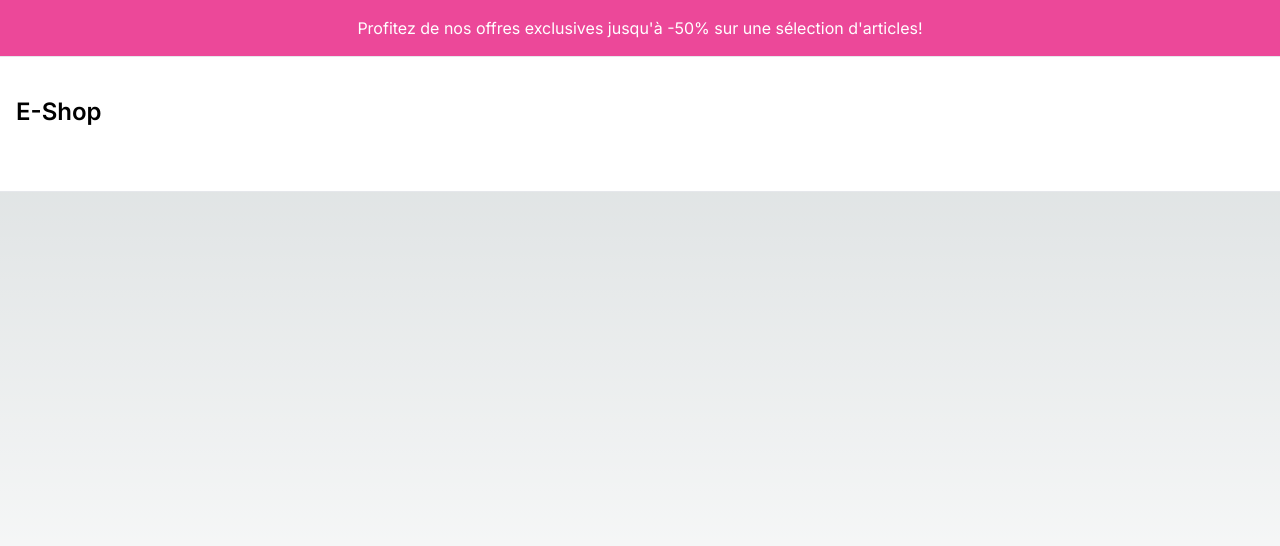
Repository: SDlevelUp/e-shop
Page: /
These files come from the project's save history. The page is drawn as it stood at one moment and after a run of saves; the edit follows.
The browser window is 1280 px wide. The pictures show the whole page.
The project was rebuilt for these pictures with package versions that can differ from the ones it lists, and the page was loaded fresh each time. The framework's server and built-in components were replaced by stand-ins that run in the browser. Also part of the build but not shown: next.config.js.

Above is the page before, as saved 2023-08-29 09:11:14.

### src/app/layout.js
import './globals.css'
import { Inter } from 'next/font/google';
import Navbar from '@/components/Navbar/Navbar';
import GlobalState from '@/context';
const inter = Inter({ subsets: ['latin'] })

export const metadata = {
  title: 'E-Shop, votre boutique en ligne',
  description: 'Generated by create next app',
};

export default function RootLayout({ children }) {
  return (
    <html lang="en">
      <head>
        <meta charSet="UTF-8" />
        <meta name="viewport" content="width=device-width, initial-scale=1.0" />
        <title>{metadata.title}</title>
        <meta name="description" content={metadata.description} />
      </head>
      <body className={inter.className}>
        <GlobalState>
          <Navbar />
          <main>{children}</main>
        </GlobalState>
      </body>
    </html>
  )
}

### src/app/page.js
import React from 'react';

function Home() {
  return (
    <main className="flex min-h-screen flex-col items-center justify-between p-24">
      <div>

      </div>
    </main>
  );
}

export default Home;

### src/components/Navbar/Navbar.jsx
"use client";

export default function Navbar() {
    return (
        <>
            <div className="bg-white fixed z-40 w-full top-0 left-0 border-b border-gray-200 h-48">
                <header className="bg-pink-500 z-50 w-full top-0 left-0 border-b border-gray-200 fixed">
                    <div className="max-w-screen-xl flex items-center justify-center mx-auto p-4">
                        <div className="flex items-center cursor-pointer">
                            <span className="text-white">
                                Profitez de nos offres exclusives jusqu'à -50% sur une sélection d'articles!
                            </span>
                        </div>
                    </div>
                </header>

                <nav className="max-w-screen-xl flex items-center justify-between mx-auto p-4" style={{ marginTop: '80px' }}>
                    <div className="flex items-center cursor-pointer">
                        <span className="self-center text-2xl font-semibold whitespace-nowrap">
                            E-Shop
                        </span>
                    </div>
                    {/* Supprimez la div vide */}
                </nav>
            </div>
        </>
    );
}

### src/context/index.js
"use client";

import { createContext } from 'react';

export const GlobalContext = createContext(null);

export default function GlobalState({ children }) {
    return (
        <GlobalContext.Provider value={{}}>{children}</GlobalContext.Provider>
    )
}

Loaded but not shown: src/app/globals.css (common file); tailwind.config.js (common file)

After the next 2 saves:
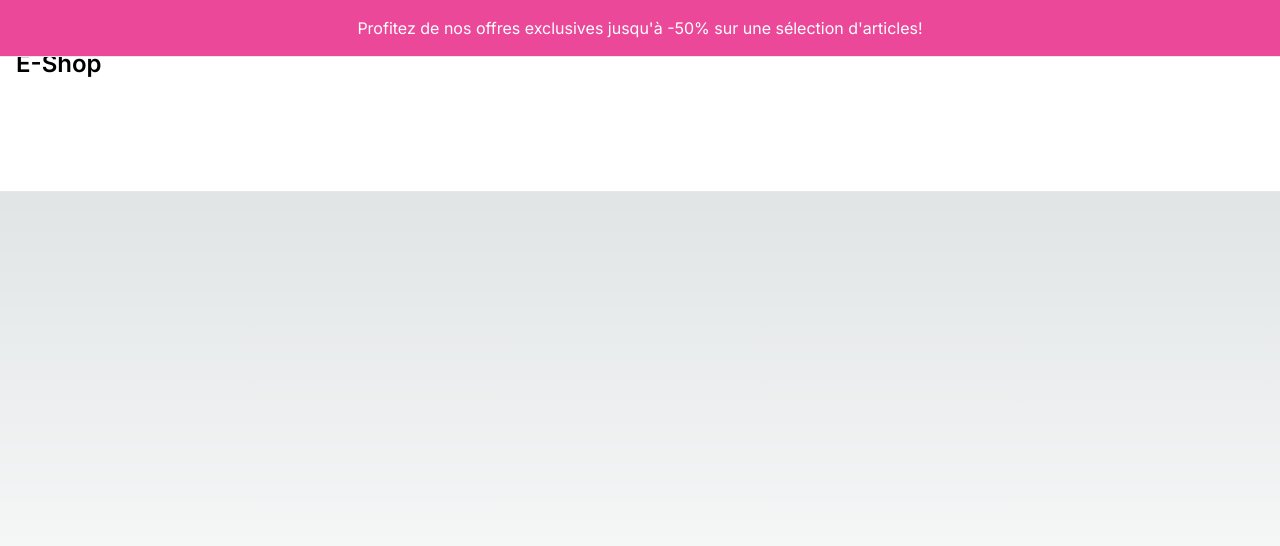
The 2 saves are shown as one change because they came seconds apart.
The last was saved 48 s later.
--- a/src/components/Navbar/Navbar.jsx
+++ b/src/components/Navbar/Navbar.jsx
@@ -14,7 +14,7 @@ export default function Navbar() {
                     </div>
                 </header>
 
-                <nav className="max-w-screen-xl flex items-center justify-between mx-auto p-4" style={{ marginTop: '80px' }}>
+                <nav className="max-w-screen-xl flex items-center justify-between mx-auto p-4 mt-8" >
                     <div className="flex items-center cursor-pointer">
                         <span className="self-center text-2xl font-semibold whitespace-nowrap">
                             E-Shop
